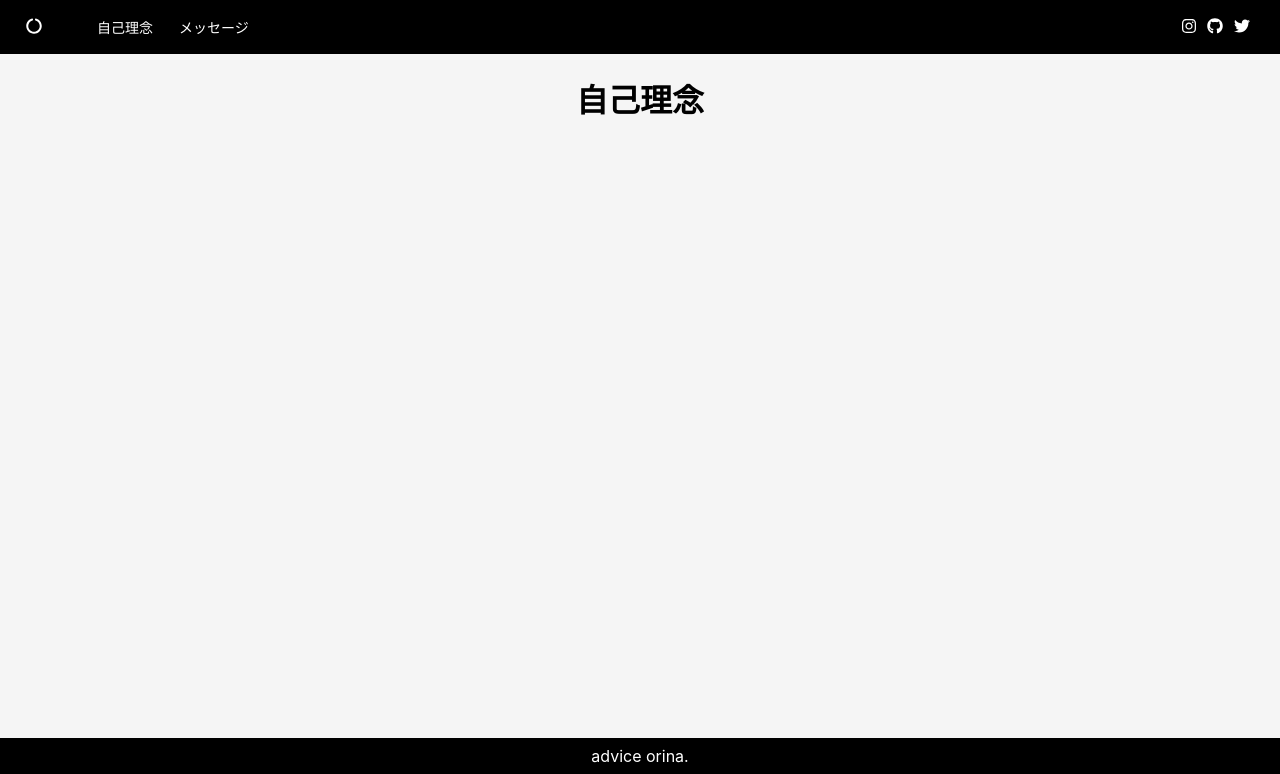
Repository: Rujuu-prog/react-mysite
Page: /philosophy
The author's editor kept a copy of each file at every save. The page is drawn from the files as they stood at one save, then again after the next save.
The browser window is 1280 px wide. The pictures show the whole page.
The project was rebuilt for these pictures with package versions that can differ from the ones it lists, and the page was loaded fresh each time. Also part of the build but not shown: src/components/pages/Top.tsx.

Above is the page before, as saved 2021-05-13 01:15:12.

After the next save:
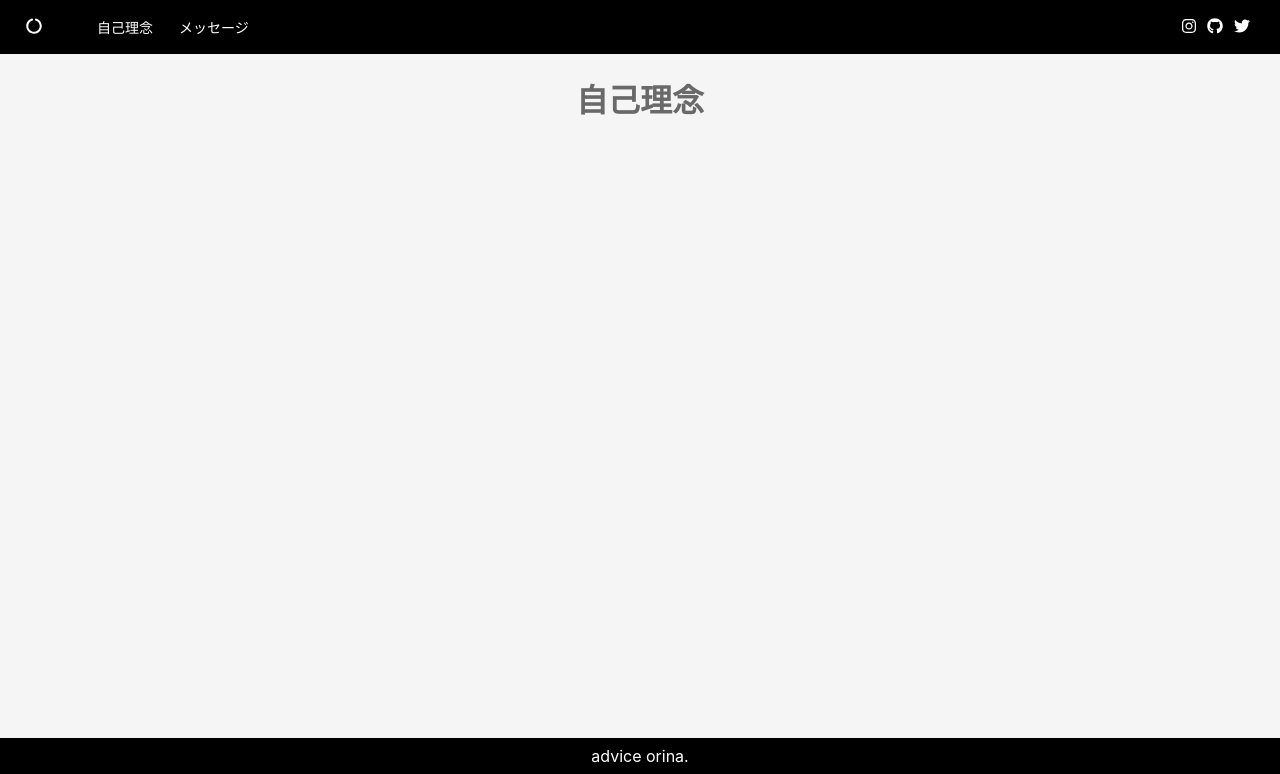
Saved 44 s later.
--- a/src/components/pages/Philosophy.tsx
+++ b/src/components/pages/Philosophy.tsx
@@ -19,4 +19,7 @@ const SMainContainer = styled.div`
     flex-grow: 1;
     background-color: #f5f5f5;
     height: 100vh;
+    h1 {
+        color: #696969;
+    }
 `;
